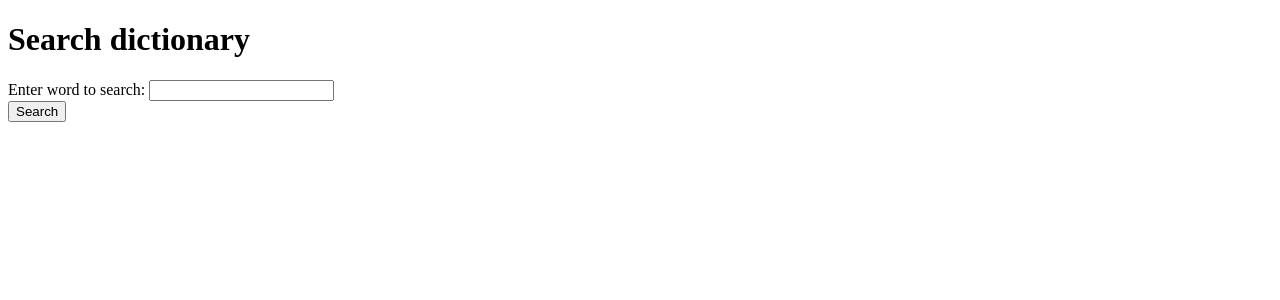
Repository: SnoW246/DS-Asynchronous-RMI-Dictionary-Service
Page: http://localhost/job-server/webApp.jsp
An editor plug-in stored every save of this project. The page is shown before and after the next save, followed by the edit.
The browser window is 1280 px wide. The pictures show the whole page.
The page is served by Tomcat 9. Other server files are loaded and not shown.

Above is the page before, as saved 2017-12-22 22:55:45.

### job-server/WebContent/webApp.jsp
<%@ page language="java" contentType="text/html; charset=ISO-8859-1"
  pageEncoding="ISO-8859-1"%>
<!DOCTYPE html PUBLIC "-//W3C//DTD HTML 4.01 Transitional//EN" "http://www.w3.org/TR/html4/loose.dtd">
<html>
<head>
<meta http-equiv="Content-Type" content="text/html; charset=ISO-8859-1">
<title>dictionary</title>
</head>
<body>

<h1>Search dictionary</h1>
<form action="lookup" method="post">
<div class="form-group">
  <label>Enter word to search:</label>
  <input type="text" class="form-control" name="word">
</div>

<div class="form-group">
  <button class="btn btn-success" type="submit">Search</button>
</div>

</form>

<div class="alert alert-success">
   		${messages.description}
	</div>

</body>
</html>

After the next save:
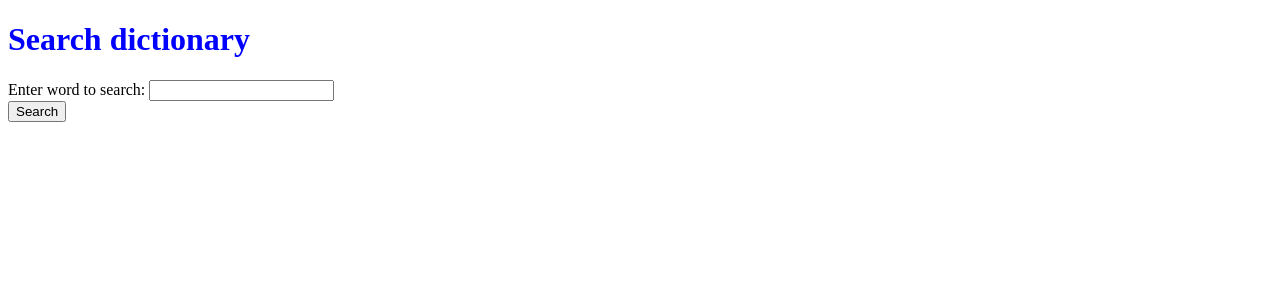
Saved 117 s later.
--- a/job-server/WebContent/webApp.jsp
+++ b/job-server/WebContent/webApp.jsp
@@ -8,7 +8,8 @@
 </head>
 <body>
 
-<h1>Search dictionary</h1>
+
+<h1 style="color:blue;">Search dictionary</h1>
 <form action="lookup" method="post">
 <div class="form-group">
   <label>Enter word to search:</label>
